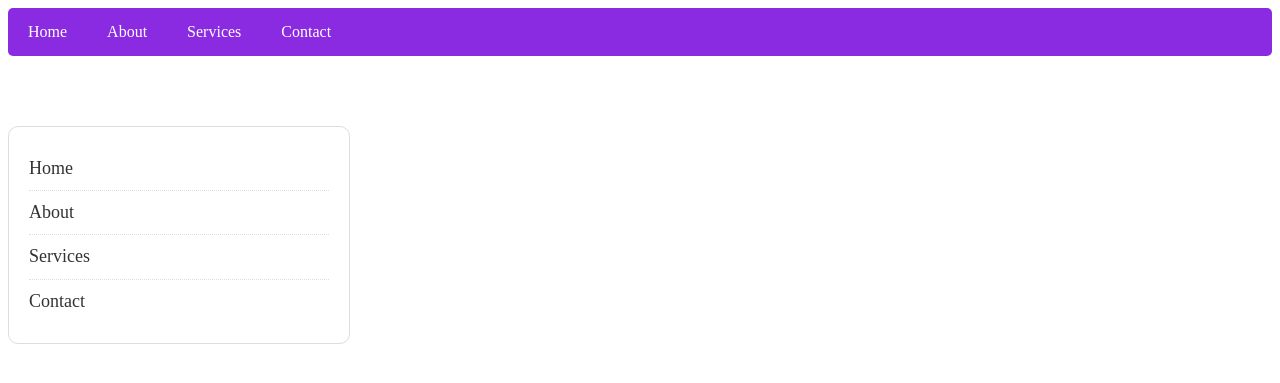
Repository: andiausrust/css-traversy
Page: menus/index.html
These files come from the project's save history. The page is drawn as it stood at one moment and after the next save; the edit follows.
The browser window is 1280 px wide. The pictures show the whole page.
The pointer rests on the first visible `.navbar li a`.

Above is the page before, as saved 2020-08-20 11:30:38.

### menus/index.html
<!DOCTYPE html>
<html lang="en">
    <head>
        <meta charset="UTF-8" />
        <meta name="viewport" content="width=device-width, initial-scale=1.0" />
        <link rel="stylesheet" href="./css/style.css" />
        <title>Menu Styling</title>
    </head>
    <body>
        <ul class="navbar">
            <li><a href="#">Home</a></li>
            <li><a href="#">About</a></li>
            <li><a href="#">Services</a></li>
            <li><a href="#">Contact</a></li>
        </ul>
        <br />
        <br />
        <br />
        <ul class="side-menu">
            <li><a href="#">Home</a></li>
            <li><a href="#">About</a></li>
            <li><a href="#">Services</a></li>
            <li><a href="#">Contact</a></li>
        </ul>
    </body>
</html>

### menus/css/style.css
.side-menu {
    list-style: none;
    border: 1px solid #ddd;
    border-radius: 10px;
    width: 300px;
    padding: 20px;
}

.side-menu li {
    font-size: 18px;
    line-height: 2.4em;
    border-bottom: dotted 1px #ddd;
}

.side-menu li:last-child {
    border-bottom: none;
}

.side-menu li a {
    color: #333;
    text-decoration: none;
}

.side-menu li a:hover {
    color: coral;
}

/* Navbar Styling */
.navbar {
    list-style: none;
    margin: 0;
    padding: 0;
    background: blueviolet;
    border-radius: 5px;
    overflow: auto;
}

.navbar li {
    float: left;
}

.navbar li a {
    color: white;
    text-decoration: none;
    display: block;
    padding: 15px 20px;
}

After the next save:
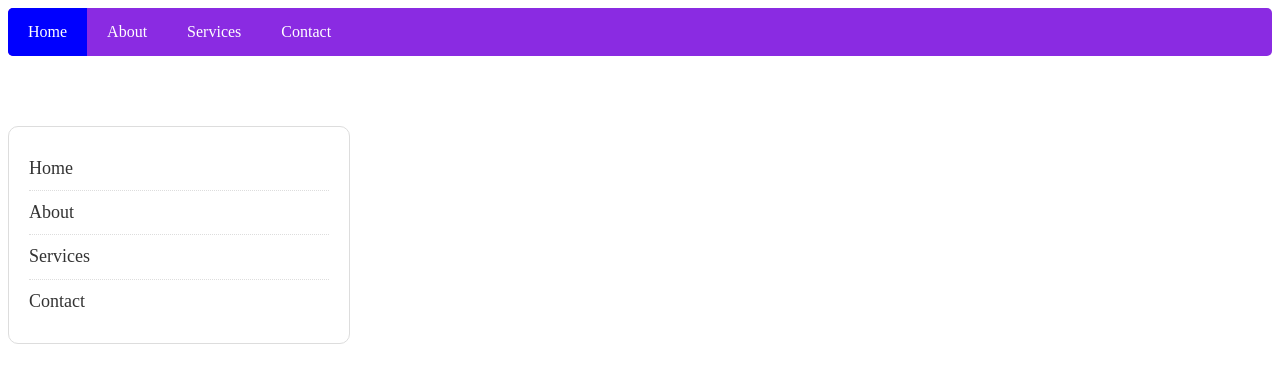
Saved 44 s later.
--- a/menus/css/style.css
+++ b/menus/css/style.css
@@ -45,3 +45,7 @@
     display: block;
     padding: 15px 20px;
 }
+
+.navbar li a:hover {
+    background-color: blue;
+}
